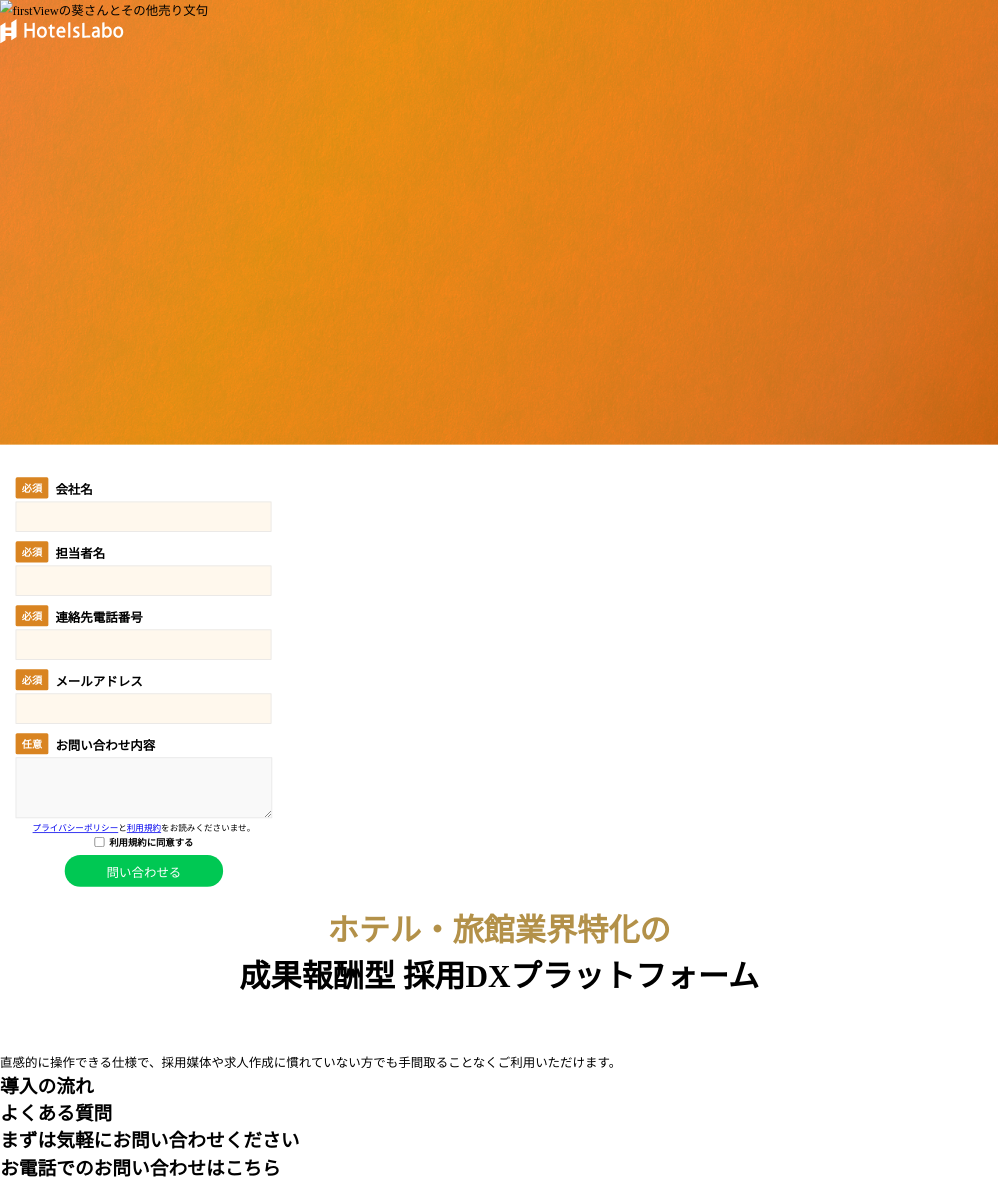
Repository: FujieRyou/to_b_lp
Page: index.html
The author's editor kept a copy of each file at every save. The page is drawn from the files as they stood at one save, then again after the next save.
The browser window is 1280 px wide. The pictures show the whole page, at 78% of full size.

Above is the page before, as saved 2024-02-25 02:03:59.
Not found: index.js

### index.html
<!DOCTYPE html>
<html lang="ja">
    <head>
        <meta charset="utf-8">
        <meta http-equiv="X-UA-Compatible" content="ie=edge">
        <meta name="viewport" content="width=device-width,initial-scale=1.0,minimum-scale=1.0">
        <meta name="format-detection" content="telephone=no">
        <meta name="keywords" content="">
        <meta name="description" content="ここに説明文を設定">
        <meta name="twitter:card" content="summary">
        <meta name="twitter:site" content="@twitteraccount">
        <meta property="og:site_name" content="サイト名">
        <meta property="og:title" content="サイトタイトル">
        <meta property="og:description" content="サイト説明文">
        <meta property="og:url" content="https://www.hogehoge.com">
        <meta property="og:image" content="https://www.hogehoge.com./hoge.jpg">
        <meta property="og:image:type" content="image/jpeg">
        <meta property="og:image:width" content="600">
        <meta property="og:image:height" content="400">
        <meta property="og:type" content="website">
        <title>ホテルズラボ｜ホテルの求人・旅館の転職情報</title>
        <link rel="stylesheet" href="ress.css">
        <link rel="stylesheet" href="style.css">
    </head>
    <body>
        <main>
            <section>
                <div class="firstViewWrap">
                    <div class="firstViewEffect">
                        <div class="contentWrap">
                            <div>
                                <img src="" alt="firstViewの葵さんとその他売り文句">
                                <header>
                                    <h1>
                                        <img src="img/ロゴ.svg" alt="ホテルズラボのロゴ" class="logo">
                                    </h1>
                                </header>
                            </div>
                        </div>
                    </div>
                </div>
            </section>
            <!-- 動く会社のロゴ -->
            <section>
                <div>
                    <ul>
                        <li></li>
                    </ul>
                </div>
            </section>
            <!-- form -->
            <section>
                <div>
                    <form action="" class="formWrap">
                        <div class="formFlexStyle">
                            <label for="companyName"><span>必須</span>会社名</label>
                            <input type="text">
                        </div>
                        <div class="formFlexStyle">
                            <label for="companyName"><span>必須</span>担当者名</label>
                            <input type="text">
                        </div>
                        <div class="formFlexStyle">
                            <label for="companyName"><span>必須</span>連絡先電話番号</label>
                            <input type="text">
                        </div>
                        <div class="formFlexStyle">
                            <label for="companyName"><span>必須</span>メールアドレス</label>
                            <input type="text">
                        </div>
                        <div class="formFlexStyle">
                            <label for="companyName"><span>任意</span>お問い合わせ内容</label>
                            <textarea name="" id="" cols="30" rows="10"></textarea>
                        </div>
                        <p><a href="#">プライバシーポリシー</a>と<a href="#">利用規約</a>をお読みくださいませ。</p>
                        <div class="consent">
                            <input type="checkbox">
                            <label for="">利用規約に同意する</label>
                        </div>
                        <button type="submit">問い合わせる</button>
                    </form>
                </div>
            </section>
            <section>
                <div class="specializedIntroductionWrap">
                    <h2><span>ホテル・旅館業界特化の</span><br>成果報酬型 採用DXプラットフォーム</h2>
                    <div>
                        <div>
                            <img src="" alt="">
                            <img src="" alt="">
                            <img src="" alt="">
                        </div>
                    </div>
                </div>
            </section>
            <section>
                <div>
                    <p></p>
                    <h2><img src="" alt=""></h2>
                    <article></article>
                    <article></article>
                    <article></article>
                    <article></article>
                </div>
            </section>
            <section>
                <div>
                    <h2><img src="" alt=""></h2>
                    <p>直感的に操作できる仕様で、採用媒体や求人作成に慣れていない方でも手間取ることなくご利用いただけます。</p>
                </div>
            </section>
            <section>
                <div>
                    <h2>導入の流れ</h2>
                </div>
            </section>
            <section>
                <div>
                    <h2>よくある質問</h2>
                </div>
            </section>
            <section>
                <div>
                    <h2>まずは気軽にお問い合わせください</h2>
                </div>
            </section>
        </main>
        <footer>
            <h2>お電話でのお問い合わせはこちら</h2>
        </footer>
        <script src="index.js"></script>
    </body>
</html>

### ress.css
/*!
 * ress.css • v4.0.0
 * MIT License
 * github.com/filipelinhares/ress
 */

/* # =================================================================
   # Global selectors
   # ================================================================= */

   html {
    box-sizing: border-box;
    -webkit-text-size-adjust: 100%; /* Prevent adjustments of font size after orientation changes in iOS */
    word-break: normal;
    -moz-tab-size: 4;
    tab-size: 4;
  }

  *,
  ::before,
  ::after {
    background-repeat: no-repeat; /* Set `background-repeat: no-repeat` to all elements and pseudo elements */
    box-sizing: inherit;
  }

  ::before,
  ::after {
    text-decoration: inherit; /* Inherit text-decoration and vertical align to ::before and ::after pseudo elements */
    vertical-align: inherit;
  }

  * {
    padding: 0; /* Reset `padding` and `margin` of all elements */
    margin: 0;
  }

  /* # =================================================================
     # General elements
     # ================================================================= */

  hr {
    overflow: visible; /* Show the overflow in Edge and IE */
    height: 0; /* Add the correct box sizing in Firefox */
    color: inherit; /* Correct border color in Firefox. */
  }

  details,
  main {
    display: block; /* Render the `main` element consistently in IE. */
  }

  summary {
    display: list-item; /* Add the correct display in all browsers */
  }

  small {
    font-size: 80%; /* Set font-size to 80% in `small` elements */
  }

  [hidden] {
    display: none; /* Add the correct display in IE */
  }

  abbr[title] {
    border-bottom: none; /* Remove the bottom border in Chrome 57 */
    /* Add the correct text decoration in Chrome, Edge, IE, Opera, and Safari */
    text-decoration: underline;
    text-decoration: underline dotted;
  }

  a {
    background-color: transparent; /* Remove the gray background on active links in IE 10 */
  }

  a:active,
  a:hover {
    outline-width: 0; /* Remove the outline when hovering in all browsers */
  }

  code,
  kbd,
  pre,
  samp {
    font-family: monospace, monospace; /* Specify the font family of code elements */
  }

  pre {
    font-size: 1em; /* Correct the odd `em` font sizing in all browsers */
  }

  b,
  strong {
    font-weight: bolder; /* Add the correct font weight in Chrome, Edge, and Safari */
  }

  /* https://gist.github.com/unruthless/413930 */
  sub,
  sup {
    font-size: 75%;
    line-height: 0;
    position: relative;
    vertical-align: baseline;
  }

  sub {
    bottom: -0.25em;
  }

  sup {
    top: -0.5em;
  }

  table {
    border-color: inherit; /* Correct border color in all Chrome, Edge, and Safari. */
    text-indent: 0; /* Remove text indentation in Chrome, Edge, and Safari */
  }

  /* # =================================================================
     # Forms
     # ================================================================= */

  input {
    border-radius: 0;
  }

  /* Replace pointer cursor in disabled elements */
  [disabled] {
    cursor: default;
  }

  [type='number']::-webkit-inner-spin-button,
  [type='number']::-webkit-outer-spin-button {
    height: auto; /* Correct the cursor style of increment and decrement buttons in Chrome */
  }

  [type='search'] {
    -webkit-appearance: textfield; /* Correct the odd appearance in Chrome and Safari */
    outline-offset: -2px; /* Correct the outline style in Safari */
  }

  [type='search']::-webkit-search-decoration {
    -webkit-appearance: none; /* Remove the inner padding in Chrome and Safari on macOS */
  }

  textarea {
    overflow: auto; /* Internet Explorer 11+ */
    resize: vertical; /* Specify textarea resizability */
  }

  button,
  input,
  optgroup,
  select,
  textarea {
    font: inherit; /* Specify font inheritance of form elements */
  }

  optgroup {
    font-weight: bold; /* Restore the font weight unset by the previous rule */
  }

  button {
    overflow: visible; /* Address `overflow` set to `hidden` in IE 8/9/10/11 */
  }

  button,
  select {
    text-transform: none; /* Firefox 40+, Internet Explorer 11- */
  }

  /* Apply cursor pointer to button elements */
  button,
  [type='button'],
  [type='reset'],
  [type='submit'],
  [role='button'] {
    cursor: pointer;
    color: inherit;
  }

  /* Remove inner padding and border in Firefox 4+ */
  button::-moz-focus-inner,
  [type='button']::-moz-focus-inner,
  [type='reset']::-moz-focus-inner,
  [type='submit']::-moz-focus-inner {
    border-style: none;
    padding: 0;
  }

  /* Replace focus style removed in the border reset above */
  button:-moz-focusring,
  [type='button']::-moz-focus-inner,
  [type='reset']::-moz-focus-inner,
  [type='submit']::-moz-focus-inner {
    outline: 1px dotted ButtonText;
  }

  button,
  html [type='button'], /* Prevent a WebKit bug where (2) destroys native `audio` and `video`controls in Android 4 */
  [type='reset'],
  [type='submit'] {
    -webkit-appearance: button; /* Correct the inability to style clickable types in iOS */
  }

  /* Remove the default button styling in all browsers */
  button,
  input,
  select,
  textarea {
    background-color: transparent;
    border-style: none;
  }

  a:focus,
  button:focus,
  input:focus,
  select:focus,
  textarea:focus {
    outline-width: 0;
  }

  /* Style select like a standard input */
  select {
    -moz-appearance: none; /* Firefox 36+ */
    -webkit-appearance: none; /* Chrome 41+ */
  }

  select::-ms-expand {
    display: none; /* Internet Explorer 11+ */
  }

  select::-ms-value {
    color: currentColor; /* Internet Explorer 11+ */
  }

  legend {
    border: 0; /* Correct `color` not being inherited in IE 8/9/10/11 */
    color: inherit; /* Correct the color inheritance from `fieldset` elements in IE */
    display: table; /* Correct the text wrapping in Edge and IE */
    max-width: 100%; /* Correct the text wrapping in Edge and IE */
    white-space: normal; /* Correct the text wrapping in Edge and IE */
    max-width: 100%; /* Correct the text wrapping in Edge 18- and IE */
  }

  ::-webkit-file-upload-button {
    /* Correct the inability to style clickable types in iOS and Safari */
    -webkit-appearance: button;
    color: inherit;
    font: inherit; /* Change font properties to `inherit` in Chrome and Safari */
  }

  /* # =================================================================
     # Specify media element style
     # ================================================================= */

  img {
    border-style: none; /* Remove border when inside `a` element in IE 8/9/10 */
  }

  /* Add the correct vertical alignment in Chrome, Firefox, and Opera */
  progress {
    vertical-align: baseline;
  }

  /* # =================================================================
     # Accessibility
     # ================================================================= */

  /* Specify the progress cursor of updating elements */
  [aria-busy='true'] {
    cursor: progress;
  }

  /* Specify the pointer cursor of trigger elements */
  [aria-controls] {
    cursor: pointer;
  }

  /* Specify the unstyled cursor of disabled, not-editable, or otherwise inoperable elements */
  [aria-disabled='true'] {
    cursor: default;
  }

### style.css
.firstViewWrap{
    width: 100vw;
    height: 570px;
    background-image: url("./img/bgcMain.png");
}

.firstViewEffect{
    width: 100%;
    height: 100%;
    background-image: url("./img/bgcBler.png");
}








/* formstyle */

form{
    width: 369px;
    padding: 24px 20px;
}

.formFlexStyle{
    display: flex;
    flex-direction: column;
}

.formDetail{
    margin: 0 auto;
}

.formFlexStyle > label{
    font-size: 16px;
    font-weight: bold;
    margin-bottom: 4px;
    display: flex;
    align-items: center;
}

.formFlexStyle > label > span{
    background-color: rgba(217, 132, 33, 1);
    color: #fff;
    font-size: 13px;
    border-radius: 2px;
    margin-right: 9px;
    padding: 4px 8px;
}

.formFlexStyle > input{
    width: 328px;
    height: 39px;
    border: solid 1.03px rgba(230, 230, 230, 1);
    background-color: rgba(255, 248, 237, 1);
    margin-bottom: 12px;
}

.formFlexStyle > textarea{
    width: 328.65px;
    height: 78.05px;
    border: solid 1.03px rgba(230, 230, 230, 1);
    background-color: rgba(249, 249, 249, 1);
}

.formWrap > p{
    font-size: 11px;
    text-align: center;
    margin-top: 4px;
}

.consent{
    display: flex;
    align-items: center;
    justify-content: center;
    margin-top: 1px;
}

.consent > label{
    font-size: 12px;
    font-weight: bold;
    margin-left: 6px;
}

.formWrap > button{
    display: block;
    width: 203.35px;
    height: 41.08px;
    background-color: rgba(0, 200, 83, 1);
    color: #fff;
    border-radius: 20px;
    margin: 0 auto;
    margin-top: 8px;
}



.specializedIntroductionWrap > h2{
    text-align: center;
    font-size: 40px;
}

.specializedIntroductionWrap > h2 > span{
    color: rgba(179, 145, 73, 1);
}

After the next save:
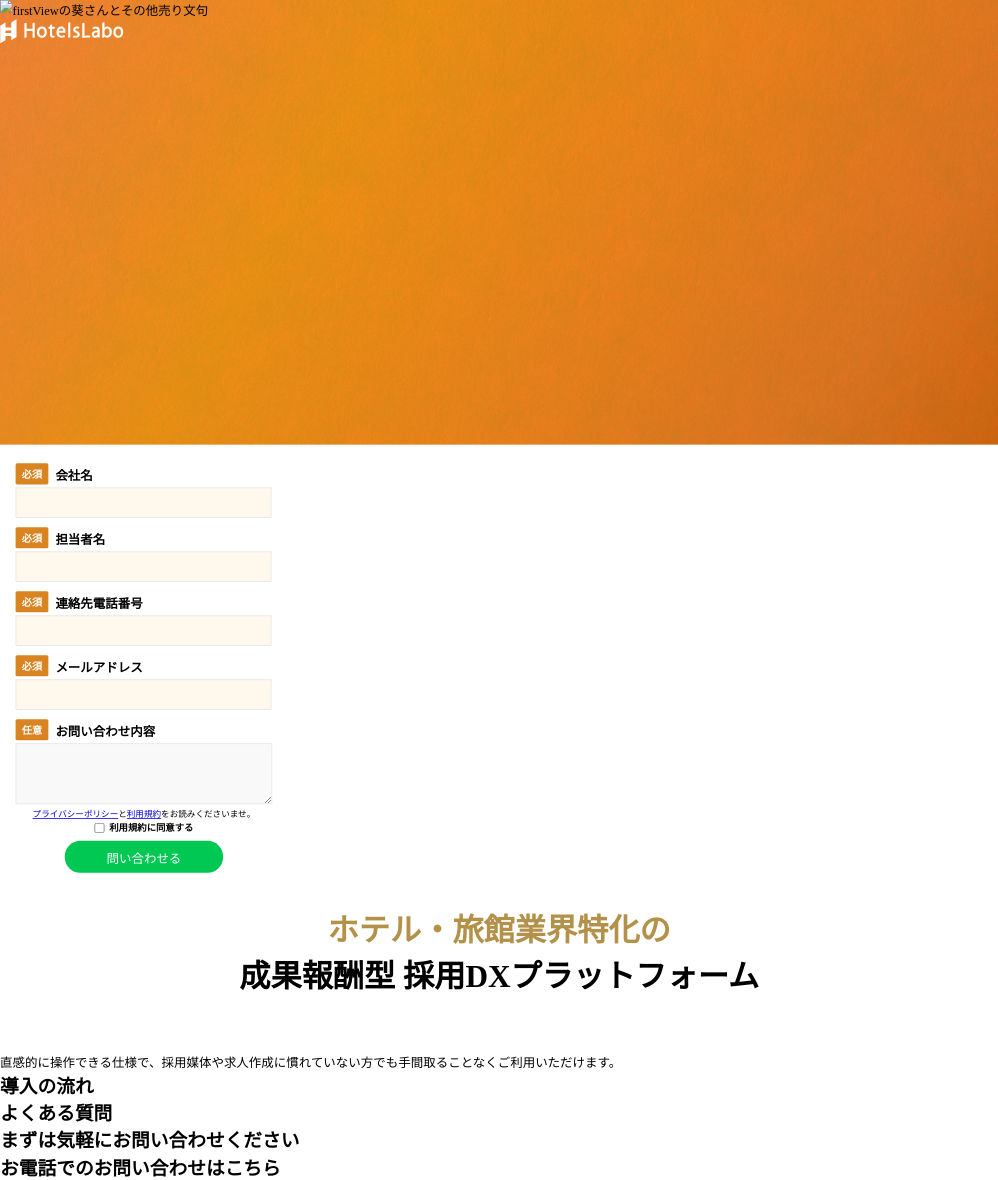
Saved 47 h 10 min later.
--- a/index.html
+++ b/index.html
@@ -40,14 +40,6 @@
                     </div>
                 </div>
             </section>
-            <!-- 動く会社のロゴ -->
-            <section>
-                <div>
-                    <ul>
-                        <li></li>
-                    </ul>
-                </div>
-            </section>
             <!-- form -->
             <section>
                 <div>
@@ -79,6 +71,14 @@
                         </div>
                         <button type="submit">問い合わせる</button>
                     </form>
+                </div>
+            </section>
+            <!-- 動く会社のロゴ -->
+            <section>
+                <div>
+                    <ul>
+                        <li></li>
+                    </ul>
                 </div>
             </section>
             <section>
